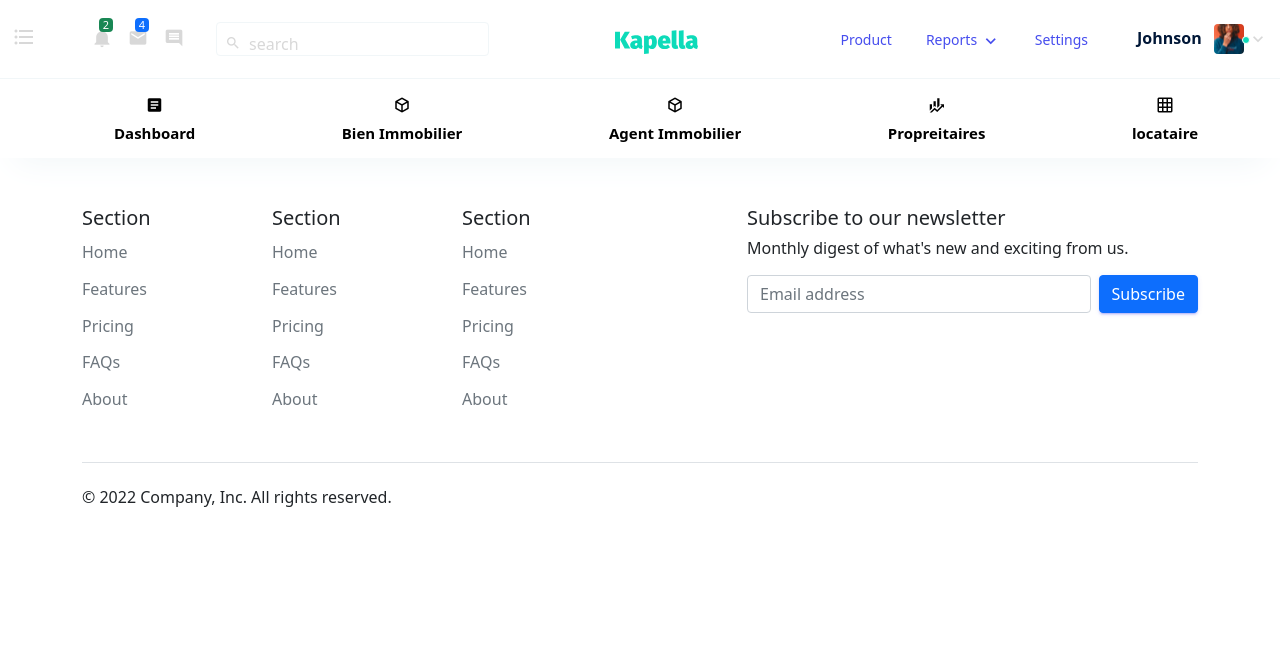
Repository: dimitri0004/Bien
Page: templates/base.html.twig
These files come from the project's save history. The page is drawn as it stood at one moment and after the next save; the edit follows.
The browser window is 1280 px wide. The pictures show the whole page.
The page is a Twig template of a Symfony application; nobody is signed in and links lead nowhere. The template is opened directly, without the code that normally fills it, so the values that code supplies are empty.

Above is the page before, as saved 2023-04-04 00:51:19.
Console error: TypeError: Cannot read properties of null (reading 'addEventListener')

### templates/base.html.twig
<!DOCTYPE html>
<html>
    <head>
        <meta charset="UTF-8">
        <meta name="viewport" content="width=device-width, initial-scale=1, shrink-to-fit=no">
        <title>{% block title %}Welcome!{% endblock %}</title>
        <link rel="icon" href="data:[embedded picture, 143 characters]">
        {# Run `composer require symfony/webpack-encore-bundle` to start using Symfony UX #}
        <!-- Required meta tags -->
        <!-- base:css -->




        {% block stylesheets %}
            <link rel="stylesheet" href="{{asset('vendors/base/vendor.bundle.base.css')}}">
            <link rel="stylesheet" href="{{asset('vendors/mdi/css/materialdesignicons.min.css')}}">
            <link rel="stylesheet" href="{{asset('css/style.css')}}">
            <link rel="shortcut icon" href="{{asset('images/favicon.png')}}" >
            <link rel="canonical" href="https://getbootstrap.com/docs/5.3/examples/footers/">
            <link href="{{ asset('css/bootstrap.min.css') }}" rel="stylesheet">





<link href="../assets/dist/css/bootstrap.min.css" rel="stylesheet">


        {% endblock %}



        {% block javascripts %} {% endblock %}

        <script src="{{asset('vendors/base/vendor.bundle.base.js')}}" defer></script>
        <script src="{{asset('js/template.js')}}" defer></script>
        <script src="{{asset('vendors/chart.js/Chart.min.js')}}"defer></script>
        <script src="{{asset('vendors/progressbar.js/progressbar.min.js')}}"></script>
        <script src="{{asset('vendors/chartjs-plugin-datalabels/chartjs-plugin-datalabels.js')}}"defer></script>
        <script src="{{asset('vendors/justgage/raphael-2.1.4.min.js')}}"defer></script>
        <script src="{{asset('vendors/justgage/justgage.js')}}"defer></script>
        <script src="{{asset('js/jquery.cookie.js')}}" type="text/javascript" defer></script>
        <script src="{{asset('js/dashboard.js')}}" defer></script>
        <script src="{{ asset('js/bootstrap.bundle.min.js') }}" defer></script>



    </head>
    <body>
        {% include "_partiels/nav.html.twig" %}
        {% block body %}

        {% endblock %}
        {% include "_partiels/footer.html.twig" %}
    </body>
</html>

### templates/_partiels/nav.html.twig

<div class="container-scroller">
    <div class="row p-0 m-0 proBanner" id="proBanner">
        <div class="col-md-12 p-0 m-0">

        </div>
    </div>
<!-- partial:partials/_horizontal-navbar.html -->
<div class="horizontal-menu">
<nav class="navbar top-navbar col-lg-12 col-12 p-0">
<div class="container-fluid">
<div class="navbar-menu-wrapper d-flex align-items-center justify-content-between">
<ul class="navbar-nav navbar-nav-left">
  <li class="nav-item ms-0 me-5 d-lg-flex d-none">
    <a href="#" class="nav-link horizontal-nav-left-menu"><i class="mdi mdi-format-list-bulleted"></i></a>
  </li>
  <li class="nav-item dropdown">
    <a class="nav-link count-indicator dropdown-toggle d-flex align-items-center justify-content-center" id="notificationDropdown" href="#" data-bs-toggle="dropdown">
      <i class="mdi mdi-bell mx-0"></i>
      <span class="count bg-success">2</span>
    </a>
    <div class="dropdown-menu dropdown-menu-right navbar-dropdown preview-list" aria-labelledby="notificationDropdown">
      <p class="mb-0 font-weight-normal float-left dropdown-header">Notifications</p>
      <a class="dropdown-item preview-item">
        <div class="preview-thumbnail">
            <div class="preview-icon bg-success">
              <i class="mdi mdi-information mx-0"></i>
            </div>
        </div>
        <div class="preview-item-content">
            <h6 class="preview-subject font-weight-normal">Application Error</h6>
            <p class="font-weight-light small-text mb-0 text-muted">
              Just now
            </p>
        </div>
      </a>
      <a class="dropdown-item preview-item">
        <div class="preview-thumbnail">
            <div class="preview-icon bg-warning">
              <i class="mdi mdi-settings mx-0"></i>
            </div>
        </div>
        <div class="preview-item-content">
            <h6 class="preview-subject font-weight-normal">Settings</h6>
            <p class="font-weight-light small-text mb-0 text-muted">
              Private message
            </p>
        </div>
      </a>
      <a class="dropdown-item preview-item">
        <div class="preview-thumbnail">
            <div class="preview-icon bg-info">
              <i class="mdi mdi-account-box mx-0"></i>
            </div>
        </div>
        <div class="preview-item-content">
            <h6 class="preview-subject font-weight-normal">New user registration</h6>
            <p class="font-weight-light small-text mb-0 text-muted">
              2 days ago
            </p>
        </div>
      </a>
    </div>
  </li>
  <li class="nav-item dropdown">
    <a class="nav-link count-indicator dropdown-toggle d-flex justify-content-center align-items-center" id="messageDropdown" href="#" data-bs-toggle="dropdown">
      <i class="mdi mdi-email mx-0"></i>
      <span class="count bg-primary">4</span>
    </a>
    <div class="dropdown-menu dropdown-menu-right navbar-dropdown preview-list" aria-labelledby="messageDropdown">
      <p class="mb-0 font-weight-normal float-left dropdown-header">Messages</p>
      <a class="dropdown-item preview-item">
        <div class="preview-thumbnail">
            <img src="images/faces/face4.jpg" alt="image" class="profile-pic">
        </div>
        <div class="preview-item-content flex-grow">
            <h6 class="preview-subject ellipsis font-weight-normal">David Grey
            </h6>
            <p class="font-weight-light small-text text-muted mb-0">
              The meeting is cancelled
            </p>
        </div>
      </a>
      <a class="dropdown-item preview-item">
        <div class="preview-thumbnail">
            <img src="images/faces/face2.jpg" alt="image" class="profile-pic">
        </div>
        <div class="preview-item-content flex-grow">
            <h6 class="preview-subject ellipsis font-weight-normal">Tim Cook
            </h6>
            <p class="font-weight-light small-text text-muted mb-0">
              New product launch
            </p>
        </div>
      </a>
      <a class="dropdown-item preview-item">
        <div class="preview-thumbnail">
            <img src="images/faces/face3.jpg" alt="image" class="profile-pic">
        </div>
        <div class="preview-item-content flex-grow">
            <h6 class="preview-subject ellipsis font-weight-normal"> Johnson
            </h6>
            <p class="font-weight-light small-text text-muted mb-0">
              Upcoming board meeting
            </p>
        </div>
      </a>
    </div>
  </li>
  <li class="nav-item dropdown">
    <a href="#" class="nav-link count-indicator "><i class="mdi mdi-message-reply-text"></i></a>
  </li>
  <li class="nav-item nav-search d-none d-lg-block ms-3">
    <div class="input-group">
        <div class="input-group-prepend">
          <span class="input-group-text" id="search">
            <i class="mdi mdi-magnify"></i>
          </span>
        </div>
        <input type="text" class="form-control" placeholder="search" aria-label="search" aria-describedby="search">
    </div>
  </li>
</ul>
<div class="text-center navbar-brand-wrapper d-flex align-items-center justify-content-center">
    <a class="navbar-brand brand-logo" href="index.html"><img src="{{ asset('images/logo.svg') }}" alt="logo"/></a>
    <a class="navbar-brand brand-logo-mini" href="index.html"><img src="{{ asset('images/logo-mini.svg') }}" alt="logo"/></a>
</div>
<ul class="navbar-nav navbar-nav-right">
    <li class="nav-item dropdown  d-lg-flex d-none">
      <button type="button" class="btn btn-inverse-primary btn-sm">Product </button>
    </li>
    <li class="nav-item dropdown d-lg-flex d-none">
      <a class="dropdown-toggle show-dropdown-arrow btn btn-inverse-primary btn-sm" id="nreportDropdown" href="#" data-bs-toggle="dropdown">
      Reports
      </a>
      <div class="dropdown-menu dropdown-menu-right navbar-dropdown preview-list" aria-labelledby="nreportDropdown">
          <p class="mb-0 font-weight-medium float-left dropdown-header">Reports</p>
          <a class="dropdown-item">
            <i class="mdi mdi-file-pdf text-primary"></i>
            Pdf
          </a>
          <a class="dropdown-item">
            <i class="mdi mdi-file-excel text-primary"></i>
            Exel
          </a>
      </div>
    </li>
    <li class="nav-item dropdown d-lg-flex d-none">
      <button type="button" class="btn btn-inverse-primary btn-sm">Settings</button>
    </li>
    <li class="nav-item nav-profile dropdown">
      <a class="nav-link dropdown-toggle" href="#" data-bs-toggle="dropdown" id="profileDropdown">
        <span class="nav-profile-name">Johnson</span>
        <span class="online-status"></span>
        <img src="{{ asset('images/faces/face28.png') }}" alt="profile"/>
      </a>
      <div class="dropdown-menu dropdown-menu-right navbar-dropdown" aria-labelledby="profileDropdown">
          <a class="dropdown-item">
            <i class="mdi mdi-settings text-primary"></i>
            Settings
          </a>
          <a class="dropdown-item">
            <i class="mdi mdi-logout text-primary"></i>
            Logout
          </a>
      </div>
    </li>
</ul>
<button class="navbar-toggler navbar-toggler-right d-lg-none align-self-center" type="button" data-toggle="horizontal-menu-toggle">
  <span class="mdi mdi-menu"></span>
</button>
</div>
</div>
</nav>
<nav class="bottom-navbar">
<div class="container">
<ul class="nav page-navigation">
  <li class="nav-item">
    <a class="nav-link" href="index.html">
      <i class="mdi mdi-file-document-box menu-icon"></i>
      <span class="menu-title">Dashboard</span>
    </a>
  </li>
  <li class="nav-item">
      <a href="#" class="nav-link">
        <i class="mdi mdi-cube-outline menu-icon"></i>
        <span class="menu-title">Bien Immobilier</span>
        <i class="menu-arrow"></i>
      </a>
      <div class="submenu">
          <ul>
            <li class="nav-item"><a class="nav-link" href="{{ path('bienImmobilier_ajouter') }}">Ajouter</a></li>
            <li class="nav-item"><a class="nav-link" href="{{ path('bienImmobilier_liste') }}">Lister</a></li>
            <li class="nav-item"><a class="nav-link" href="{{ path('bienImmobilier_afficher') }}">Afficher</a></li>
            <li class="nav-item"><a class="nav-link" href="">Depense</a></li>
            <li class="nav-item"><a class="nav-link" href="">Revenu</a></li>
          </ul>
      </div>
  </li>
  <li class="nav-item">
      <a href="pages/forms/basic_elements.html" class="nav-link">
        <i class="mdi mdi-cube-outline menu-icon"></i>
        <span class="menu-title">Agent Immobilier</span>
        <i class="menu-arrow"></i>
      </a>
      <div class="submenu">
      <ul>
            <li class="nav-item"><a class="nav-link" href="{{ path('agentImmobilier_ajouter') }}">Ajouter</a></li>
            <li class="nav-item"><a class="nav-link" href="pages/ui-features/typography.html">Lister</a></li>
            <li class="nav-item"><a class="nav-link" href="{{ path('agentImmobilier_afficher') }}">Afficher</a></li>

      </ul>
    </div>
  </li>
  <li class="nav-item">
      <a href="pages/charts/chartjs.html" class="nav-link">
        <i class="mdi mdi-finance menu-icon"></i>
        <span class="menu-title">Propreitaires</span>
        <i class="menu-arrow"></i>
      </a>
      <div class="submenu">
        <ul>
            <li class="nav-item"><a class="nav-link" href="{{ path('propreitaire_ajouter') }}">Ajouter</a></li>
            <li class="nav-item"><a class="nav-link" href="{{ path('propreitaire_afficher') }}">Afficher</a></li>
        </ul>
    </div>
  </li>
  <li class="nav-item">
      <a href="pages/tables/basic-table.html" class="nav-link">
        <i class="mdi mdi-grid menu-icon"></i>
        <span class="menu-title">locataire</span>
        <i class="menu-arrow"></i>
      </a>
      <div class="submenu">
        <ul>
            <li class="nav-item"><a class="nav-link" href="{{ path('locataire_ajouter') }}">Ajouter</a></li>
            <li class="nav-item"><a class="nav-link" href="{{ path('locataire_afficher') }}">Afficher</a></li>
            <li class="nav-item"><a class="nav-link" href="pages/ui-features/typography.html">Facture</a></li>
            <li class="nav-item"><a class="nav-link" href="pages/ui-features/typography.html">Contrat de Location</a></li>
        </ul>
    </div>
  </li>
</ul>
</div>
</nav>
</div>

### templates/_partiels/footer.html.twig
<style>
    .bd-placeholder-img {
      font-size: 1.125rem;
      text-anchor: middle;
      -webkit-user-select: none;
      -moz-user-select: none;
      user-select: none;
    }

    @media (min-width: 768px) {
      .bd-placeholder-img-lg {
        font-size: 3.5rem;
      }
    }

    .b-example-divider {
      height: 3rem;
      background-color: rgba(0, 0, 0, .1);
      border: solid rgba(0, 0, 0, .15);
      border-width: 1px 0;
      box-shadow: inset 0 .5em 1.5em rgba(0, 0, 0, .1), inset 0 .125em .5em rgba(0, 0, 0, .15);
    }

    .b-example-vr {
      flex-shrink: 0;
      width: 1.5rem;
      height: 100vh;
    }

    .bi {
      vertical-align: -.125em;
      fill: currentColor;
    }

    .nav-scroller {
      position: relative;
      z-index: 2;
      height: 2.75rem;
      overflow-y: hidden;
    }

    .nav-scroller .nav {
      display: flex;
      flex-wrap: nowrap;
      padding-bottom: 1rem;
      margin-top: -1px;
      overflow-x: auto;
      text-align: center;
      white-space: nowrap;
      -webkit-overflow-scrolling: touch;
    }
</style>

<div class="container">
    <footer class="py-5">
      <div class="row">
        <div class="col-6 col-md-2 mb-3">
          <h5>Section</h5>
          <ul class="nav flex-column">
            <li class="nav-item mb-2"><a href="#" class="nav-link p-0 text-muted">Home</a></li>
            <li class="nav-item mb-2"><a href="#" class="nav-link p-0 text-muted">Features</a></li>
            <li class="nav-item mb-2"><a href="#" class="nav-link p-0 text-muted">Pricing</a></li>
            <li class="nav-item mb-2"><a href="#" class="nav-link p-0 text-muted">FAQs</a></li>
            <li class="nav-item mb-2"><a href="#" class="nav-link p-0 text-muted">About</a></li>
          </ul>
        </div>

        <div class="col-6 col-md-2 mb-3">
          <h5>Section</h5>
          <ul class="nav flex-column">
            <li class="nav-item mb-2"><a href="#" class="nav-link p-0 text-muted">Home</a></li>
            <li class="nav-item mb-2"><a href="#" class="nav-link p-0 text-muted">Features</a></li>
            <li class="nav-item mb-2"><a href="#" class="nav-link p-0 text-muted">Pricing</a></li>
            <li class="nav-item mb-2"><a href="#" class="nav-link p-0 text-muted">FAQs</a></li>
            <li class="nav-item mb-2"><a href="#" class="nav-link p-0 text-muted">About</a></li>
          </ul>
        </div>

        <div class="col-6 col-md-2 mb-3">
          <h5>Section</h5>
          <ul class="nav flex-column">
            <li class="nav-item mb-2"><a href="#" class="nav-link p-0 text-muted">Home</a></li>
            <li class="nav-item mb-2"><a href="#" class="nav-link p-0 text-muted">Features</a></li>
            <li class="nav-item mb-2"><a href="#" class="nav-link p-0 text-muted">Pricing</a></li>
            <li class="nav-item mb-2"><a href="#" class="nav-link p-0 text-muted">FAQs</a></li>
            <li class="nav-item mb-2"><a href="#" class="nav-link p-0 text-muted">About</a></li>
          </ul>
        </div>

        <div class="col-md-5 offset-md-1 mb-3">
          <form>
            <h5>Subscribe to our newsletter</h5>
            <p>Monthly digest of what's new and exciting from us.</p>
            <div class="d-flex flex-column flex-sm-row w-100 gap-2">
              <label for="newsletter1" class="visually-hidden">Email address</label>
              <input id="newsletter1" type="text" class="form-control" placeholder="Email address">
              <button class="btn btn-primary" type="button">Subscribe</button>
            </div>
          </form>
        </div>
      </div>

      <div class="d-flex flex-column flex-sm-row justify-content-between py-4 my-4 border-top">
        <p>&copy; 2022 Company, Inc. All rights reserved.</p>
        <ul class="list-unstyled d-flex">
          <li class="ms-3"><a class="link-dark" href="#"><svg class="bi" width="24" height="24"><use xlink:href="#twitter"/></svg></a></li>
          <li class="ms-3"><a class="link-dark" href="#"><svg class="bi" width="24" height="24"><use xlink:href="#instagram"/></svg></a></li>
          <li class="ms-3"><a class="link-dark" href="#"><svg class="bi" width="24" height="24"><use xlink:href="#facebook"/></svg></a></li>
        </ul>
      </div>
    </footer>
  </div>

### public/js/template.js
(function($) {
  'use strict';
  $(function() {
    var body = $('body');
    var contentWrapper = $('.content-wrapper');
    var scroller = $('.container-scroller');
    var footer = $('.footer');
    var sidebar = $('.sidebar');

    //Add active class to nav-link based on url dynamically
    //Active class can be hard coded directly in html file also as required

    function addActiveClass(element) {
      if (current === "") {
        //for root url
        if (element.attr('href').indexOf("index.html") !== -1) {
          element.parents('.nav-item').last().addClass('active');
          if (element.parents('.sub-menu').length) {
            element.closest('.collapse').addClass('show');
            element.addClass('active');
          }
        }
      } else {
        //for other url
        if (element.attr('href').indexOf(current) !== -1) {
          element.parents('.nav-item').last().addClass('active');
          if (element.parents('.sub-menu').length) {
            element.closest('.collapse').addClass('show');
            element.addClass('active');
          }
          if (element.parents('.submenu-item').length) {
            element.addClass('active');
          }
        }
      }
    }

    var current = location.pathname.split("/").slice(-1)[0].replace(/^\/|\/$/g, '');
    $('.nav li a', sidebar).each(function() {
      var $this = $(this);
      addActiveClass($this);
    })

    $('.horizontal-menu .nav li a').each(function() {
      var $this = $(this);
      addActiveClass($this);
    })

    //Close other submenu in sidebar on opening any

    sidebar.on('show.bs.collapse', '.collapse', function() {
      sidebar.find('.collapse.show').collapse('hide');
    });


    //Change sidebar and content-wrapper height
    applyStyles();

    function applyStyles() {
      //Applying perfect scrollbar
      if (!body.hasClass("rtl")) {
        if ($('.settings-panel .tab-content .tab-pane.scroll-wrapper').length) {
          const settingsPanelScroll = new PerfectScrollbar('.settings-panel .tab-content .tab-pane.scroll-wrapper');
        }
        if ($('.chats').length) {
          const chatsScroll = new PerfectScrollbar('.chats');
        }
        if (body.hasClass("sidebar-fixed")) {
          if($('#sidebar').length) {
            var fixedSidebarScroll = new PerfectScrollbar('#sidebar .nav');
          }
        }
      }
    }

    $('[data-toggle="minimize"]').on("click", function() {
      if ((body.hasClass('sidebar-toggle-display')) || (body.hasClass('sidebar-absolute'))) {
        body.toggleClass('sidebar-hidden');
      } else {
        body.toggleClass('sidebar-icon-only');
      }
    });

    //checkbox and radios
    $(".form-check label,.form-radio label").append('<i class="input-helper"></i>');

    //Horizontal menu in mobile
    $('[data-toggle="horizontal-menu-toggle"]').on("click", function() {
      $(".horizontal-menu .bottom-navbar").toggleClass("header-toggled");
    });
    // Horizontal menu navigation in mobile menu on click
    var navItemClicked = $('.horizontal-menu .page-navigation >.nav-item');
    navItemClicked.on("click", function(event) {
      if(window.matchMedia('(max-width: 991px)').matches) {
        if(!($(this).hasClass('show-submenu'))) {
          navItemClicked.removeClass('show-submenu');
        }
        $(this).toggleClass('show-submenu');
      }
    })

    $(window).scroll(function() {
      if(window.matchMedia('(min-width: 992px)').matches) {
        var header = $('.horizontal-menu');
        if ($(window).scrollTop() >= 70) {
          $(header).addClass('fixed-on-scroll');
        } else {
          $(header).removeClass('fixed-on-scroll');
        }
      }
    });
    if ($.cookie('kapella-free-banner')!="true") {
      document.querySelector('#proBanner').classList.add('d-flex');
    }
    else {
      document.querySelector('#proBanner').classList.add('d-none');
    }
    document.querySelector('#bannerClose').addEventListener('click',function() {
      document.querySelector('#proBanner').classList.add('d-none');
      document.querySelector('#proBanner').classList.remove('d-flex');
      var date = new Date();
      date.setTime(date.getTime() + 24 * 60 * 60 * 1000);
      $.cookie('kapella-free-banner', "true", { expires: date });
    });
  });
})(jQuery);

Loaded but not shown: public/vendors/base/vendor.bundle.base.css (common file); public/vendors/mdi/css/materialdesignicons.min.css (library); public/css/style.css (library); public/css/bootstrap.min.css (library); public/vendors/progressbar.js/progressbar.min.js (library); public/vendors/base/vendor.bundle.base.js (library); public/vendors/chart.js/Chart.min.js (library); public/vendors/chartjs-plugin-datalabels/chartjs-plugin-datalabels.js (library); public/vendors/justgage/raphael-2.1.4.min.js (library); public/vendors/justgage/justgage.js (library); public/js/jquery.cookie.js (library); public/js/bootstrap.bundle.min.js (library); public/images/logo.svg (3 lines, source omitted); public/images/logo-mini.svg (12 lines, source omitted); public/js/dashboard.js (1172 lines, source omitted)

After the next save:
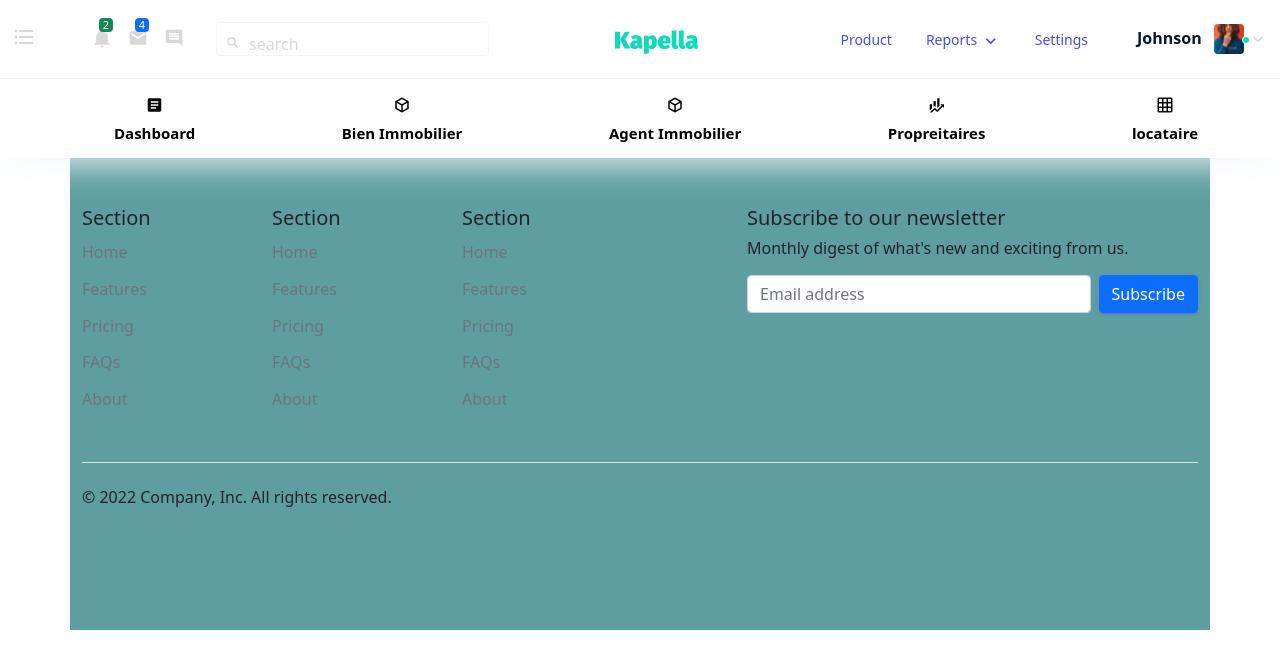
Saved 5 min 1 s later.
--- a/templates/_partiels/footer.html.twig
+++ b/templates/_partiels/footer.html.twig
@@ -51,7 +51,7 @@
     }
 </style>
 
-<div class="container">
+<div class="container" style="background-color: cadetblue;">
     <footer class="py-5">
       <div class="row">
         <div class="col-6 col-md-2 mb-3">
